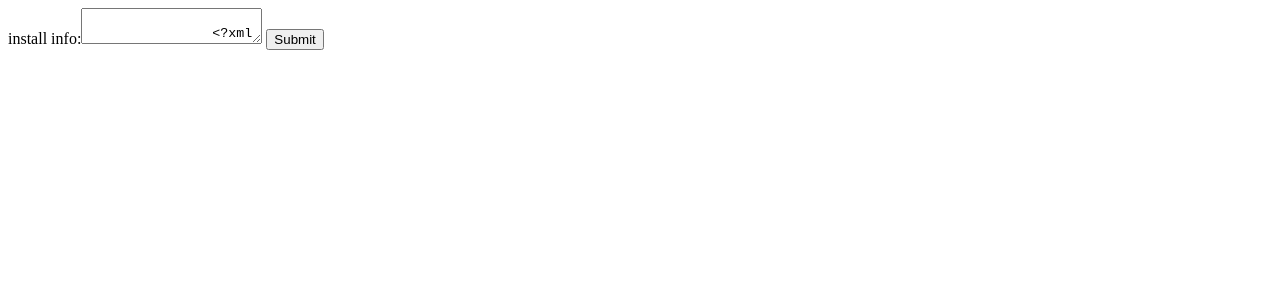
Repository: bleastrind/InternetOS
Page: http://localhost/InternetOS/appinstall.jsp
The author's editor kept a copy of each file at every save. The page is drawn from the files as they stood at one save, then again after the next save.
The browser window is 1280 px wide. The pictures show the whole page.
The page is served by Tomcat 9. Nobody is signed in. The application's start-up code is not run.

Above is the page before, as saved 2011-04-14 14:52:35.

After the next save:
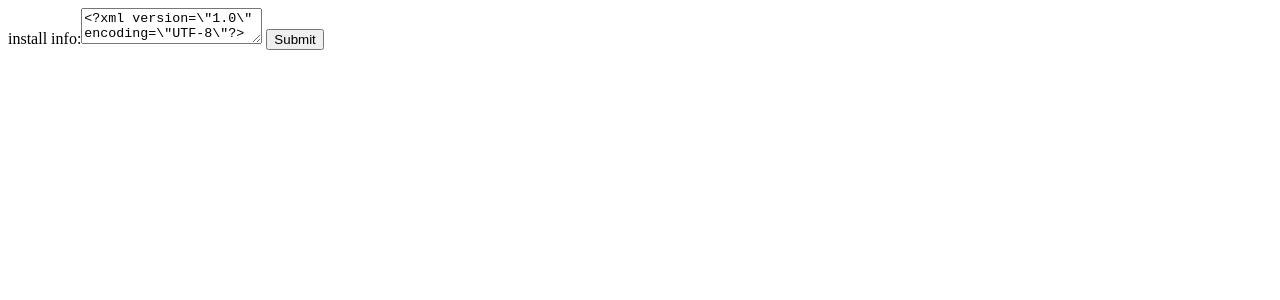
Saved 74 s later.
--- a/InternetOS/WebContent/appinstall.jsp
+++ b/InternetOS/WebContent/appinstall.jsp
@@ -8,9 +8,7 @@
 </head>
 <body>
 	<form action="addApp" method="POST">
-		install info:<textarea name="config">
-
-		<?xml version=\"1.0\" encoding=\"UTF-8\"?>
+		install info:<textarea name="config"><?xml version=\"1.0\" encoding=\"UTF-8\"?>
 		<Application>
 		<Name>Test</Name>
 		<Listeners>
